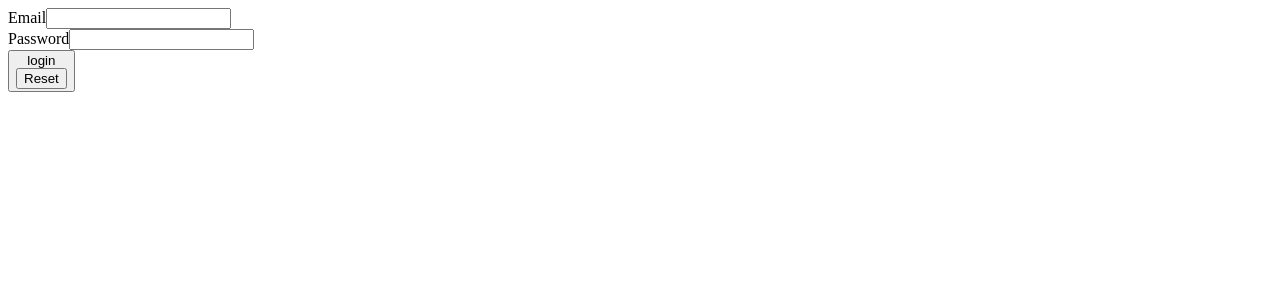
Repository: laxmichauhan/Student-Data-Insertion
Page: Application1/WebContent/login.html
These files come from the project's save history. The page is drawn as it stood at one moment and after the next save; the edit follows.
The browser window is 1280 px wide. The pictures show the whole page.

Above is the page before, as saved 2019-02-19 06:10:19.

### Application1/WebContent/login.html
<!DOCTYPE html>
<html>
<head>
<meta charset="ISO-8859-1">
<title>Insert title here</title>
</head>
<body>
<form action="Verify" method="post">
Email<input type="text" name="email"/><br>
Password<input type="password" name="password"/><br>
<button type="Login" value="login"/>login<br>
<input type="Reset" name="reset"/>


</form>
</body>
</html>

After the next save:
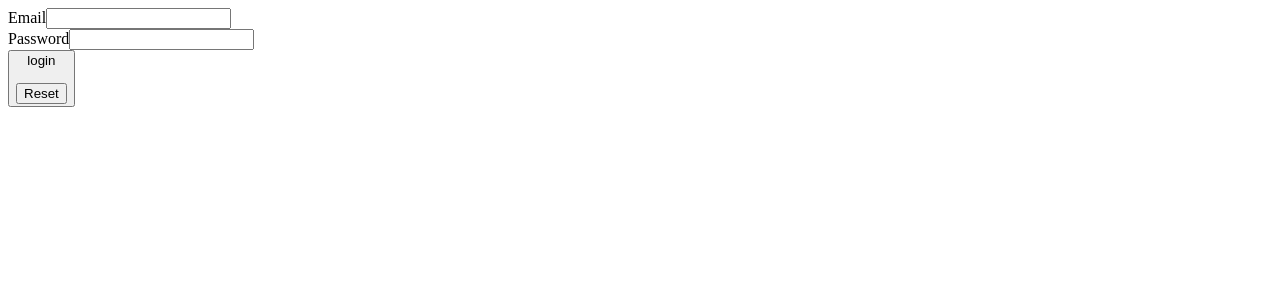
Saved 18 s later.
--- a/Application1/WebContent/login.html
+++ b/Application1/WebContent/login.html
@@ -9,7 +9,7 @@
 Email<input type="text" name="email"/><br>
 Password<input type="password" name="password"/><br>
 <button type="Login" value="login"/>login<br>
-<input type="Reset" name="reset"/>
+<br><input type="Reset" name="reset"/>
 
 
 </form>

After the save that followed:
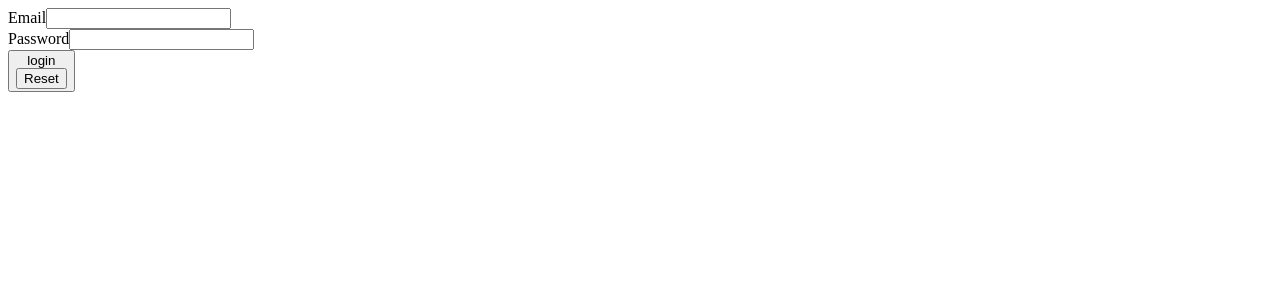
Saved 15 s later.
--- a/Application1/WebContent/login.html
+++ b/Application1/WebContent/login.html
@@ -8,7 +8,7 @@
 <form action="Verify" method="post">
 Email<input type="text" name="email"/><br>
 Password<input type="password" name="password"/><br>
-<button type="Login" value="login"/>login<br>
+<button type="Login" value="login"/>login
 <br><input type="Reset" name="reset"/>
 
 
